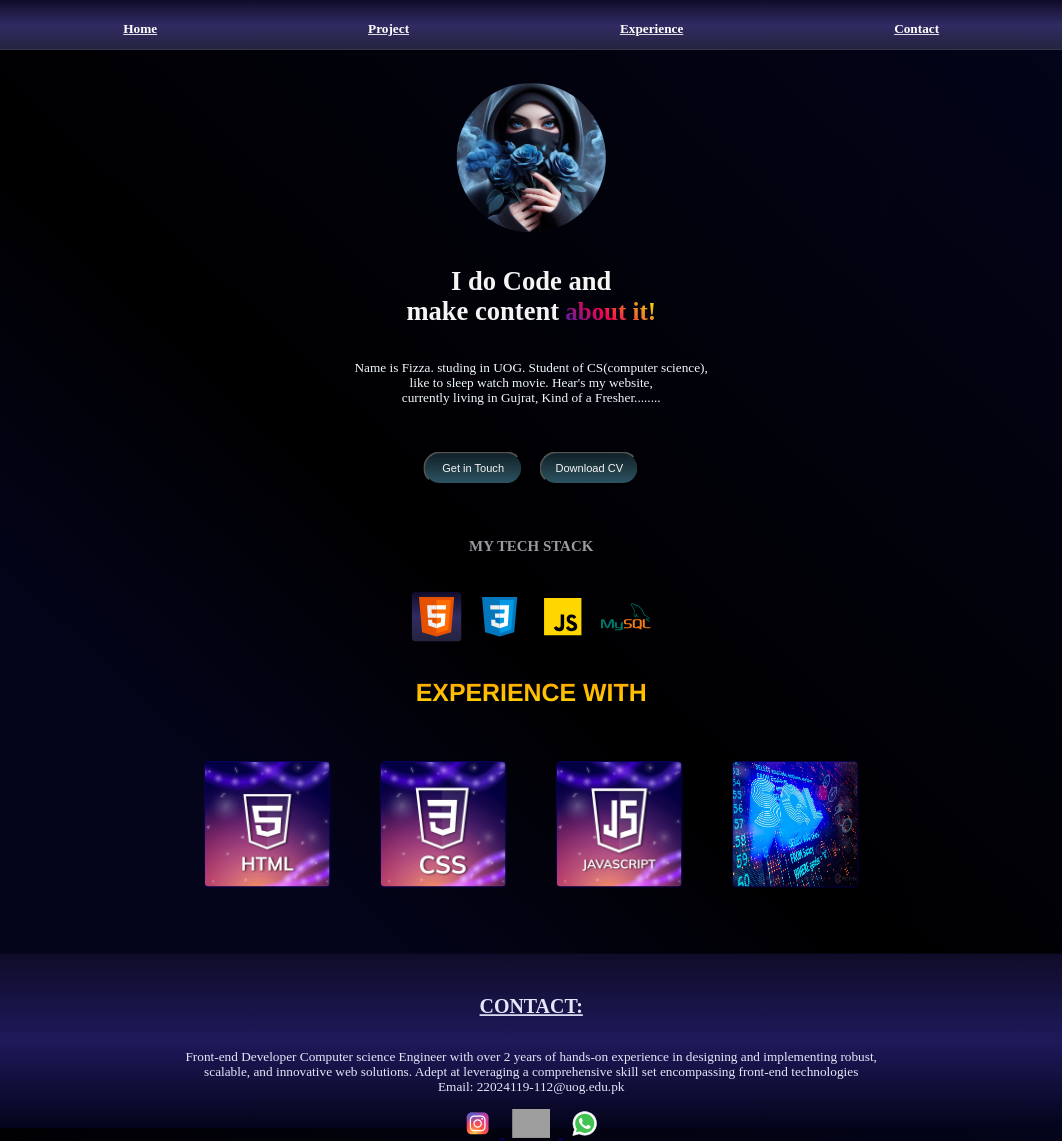
Repository: Fizza-112/portfolio
Page: index.html
These files come from the project's save history. The page is drawn as it stood at one moment and after the next save; the edit follows.
The browser window is 1280 px wide. The pictures show the whole page, at 83% of full size.
The pointer rests on the first visible `.logo`.
Pictures or frames that could not be fetched are drawn as grey boxes.

Above is the page before, as saved 2024-09-07 03:25:56.

After the next save:
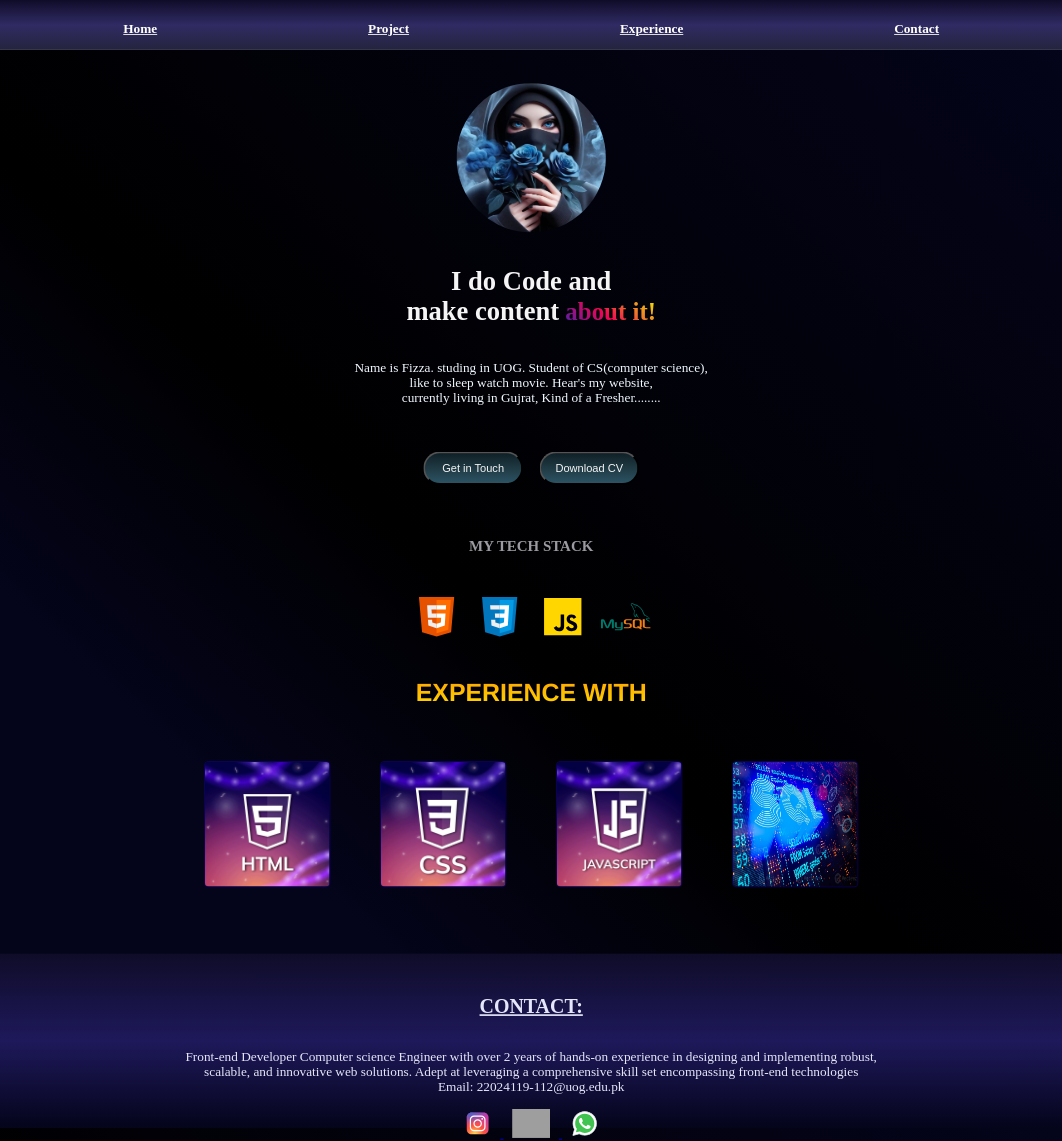
Saved 4 min 42 s later.
--- a/style.css
+++ b/style.css
@@ -112,7 +112,7 @@
     margin: 20px 8px;
 }
  .logo:hover{
-    background-image: linear-gradient(#0f0c29, #302b63,  #24243e ) ;
+    background-image: linear-gradient(0f0c29, #302b63,  #24243e ) ;
 
 }
 #pro{

After the save that followed:
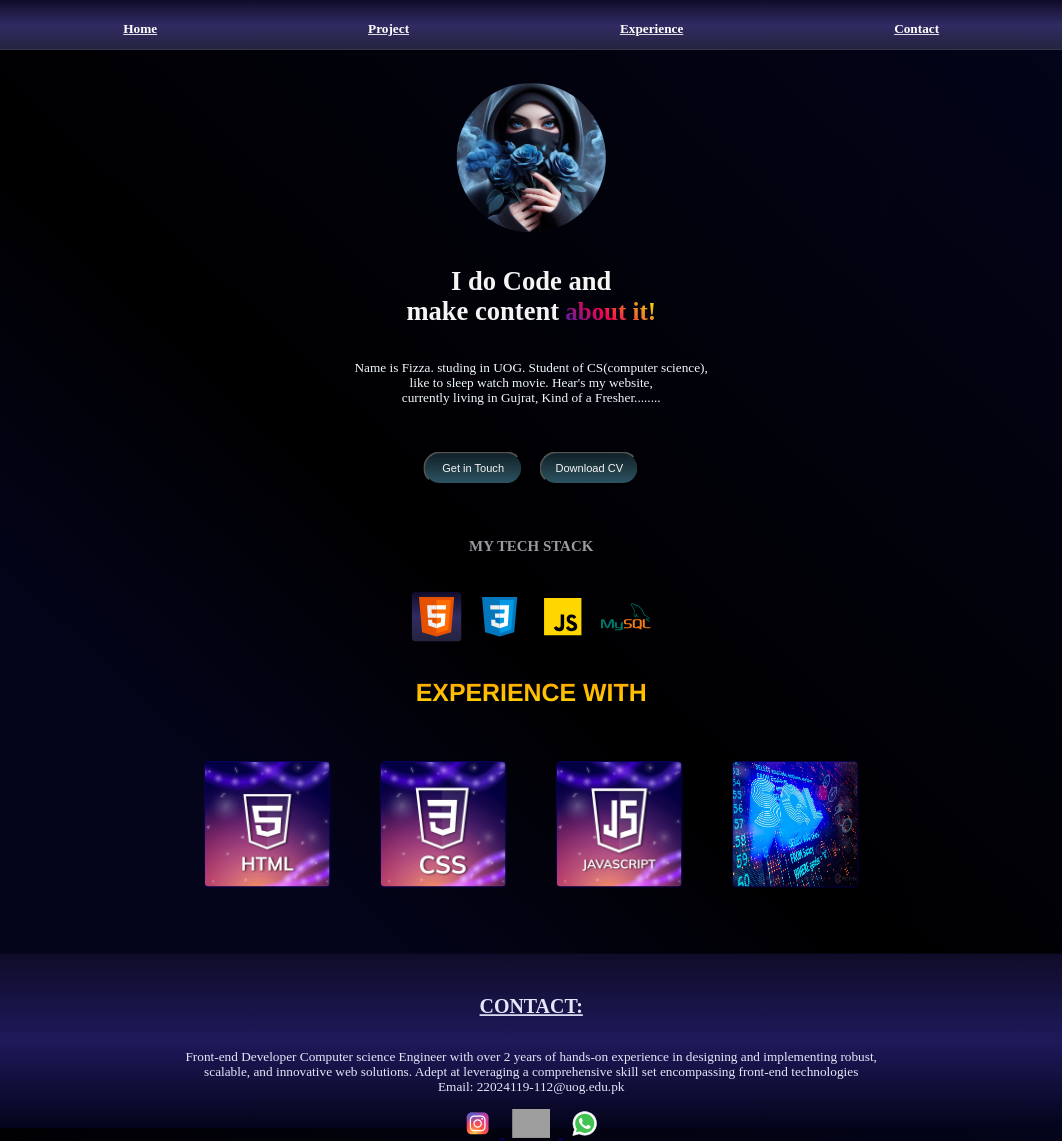
Saved 10 s later.
--- a/style.css
+++ b/style.css
@@ -112,7 +112,7 @@
     margin: 20px 8px;
 }
  .logo:hover{
-    background-image: linear-gradient(0f0c29, #302b63,  #24243e ) ;
+    background-image: linear-gradient(#0f0c29, #302b63,  #24243e ) ;
 
 }
 #pro{
